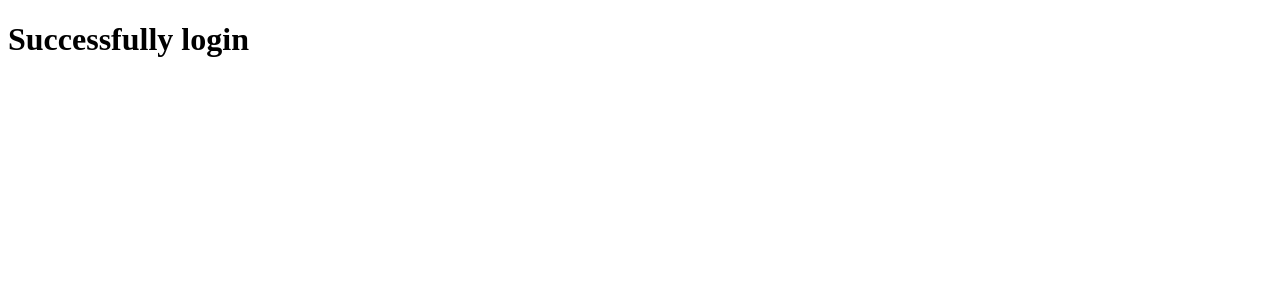
Repository: viraj2623/My_projects
Page: loginandregpr/src/main/webapp/main.html
An editor plug-in stored every save of this project. The page is shown before and after the next save, followed by the edit.
The browser window is 1280 px wide. The pictures show the whole page.

Above is the page before, as saved 2025-03-04 07:58:10.

### loginandregpr/src/main/webapp/main.html
<!DOCTYPE html>
<html>
<head>
<meta charset="UTF-8">
<title>Insert title here</title>
</head>
<body>


<h1> Successfully login</h1>
</body>
</html>

After the next save:
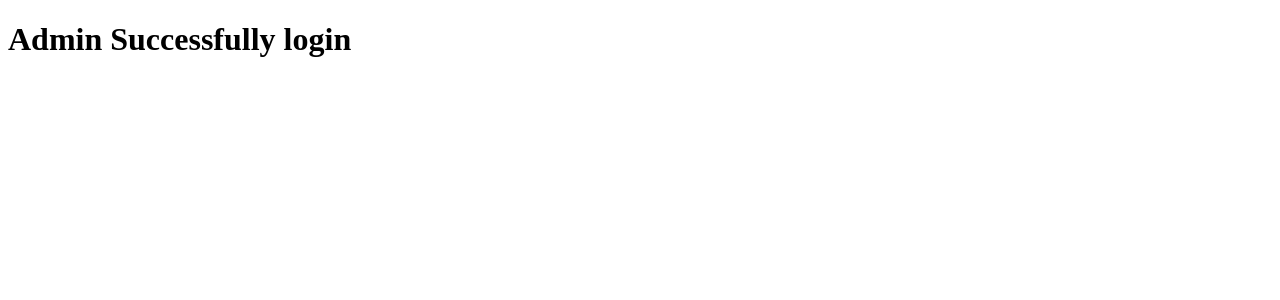
Saved 9 min 34 s later.
--- a/loginandregpr/src/main/webapp/main.html
+++ b/loginandregpr/src/main/webapp/main.html
@@ -7,6 +7,6 @@
 <body>
 
 
-<h1> Successfully login</h1>
+<h1>Admin Successfully login</h1>
 </body>
 </html>
